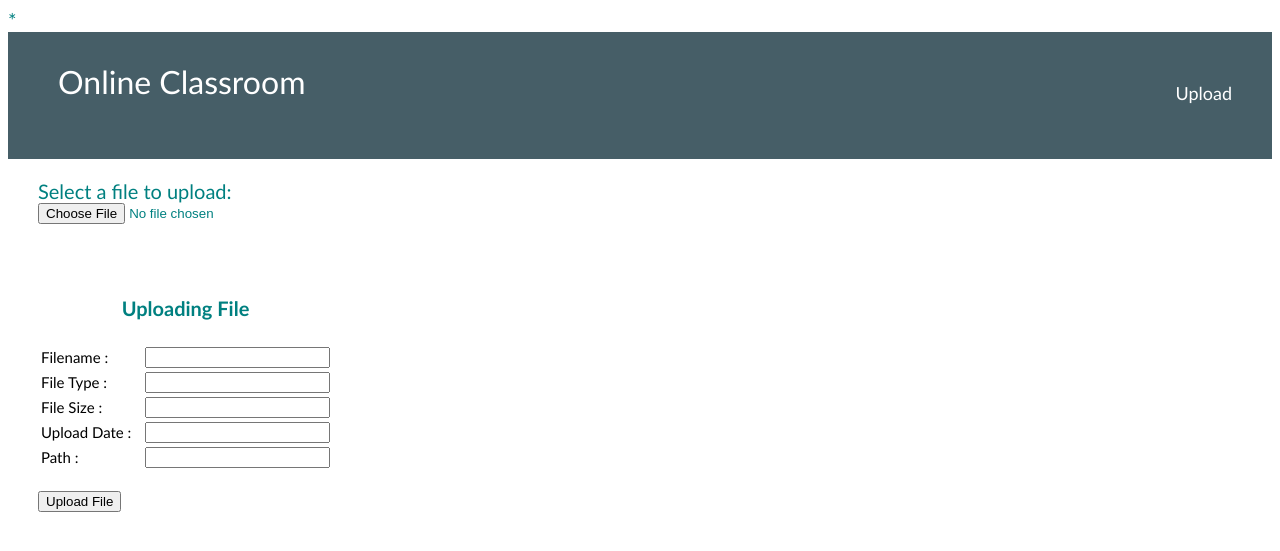
Repository: cs192-s2-2013/coffee
Page: http://localhost/BCOnlineClassroom/WEB-INF/jsp/upload.jsp
An editor plug-in stored every save of this project. The page is shown before and after the next save, followed by the edit.
The browser window is 1280 px wide. The pictures show the whole page.
The page is served by Tomcat 9. Nobody is signed in. Other server files are loaded and not shown. The template is opened directly, without the code that normally fills it, so the values that code supplies are empty.

Above is the page before, as saved 2014-03-01 04:03:38.

### BCOnlineClassroom/WebContent/WEB-INF/jsp/upload.jsp
<!--  Edit starts here -->
<%@ taglib uri="http://www.springframework.org/tags/form" prefix="form"%> *
<!--  Edit ends here -->

<%@ taglib uri="http://java.sun.com/jsp/jstl/core" prefix="c" %>
<%@ page session="false" %>

<html>
<head>
<meta http-equiv="Content-Type" content="text/html; charset=UTF-8">
<title>Upload</title>

<!--  Edit starts here -->
<style>
body {
	font-size: 20px;
	color: teal;
	font-family: Calibri;
}

td {
	font-size: 15px;
	color: black;
	width: 100px;
	height: 22px;
	text-align: left;
}

.heading {
	font-size: 18px;
	color: white;
	font: bold;
	background-color: orange;
	border: thick;
}
</style>
<!--  Edit ends here -->

</head>
<body>
<div id="titlebox" style="background-color:#465e67; height:18%; margin-top:none;">
<div id="title" style="margin-top:30px; margin-left:50px; float:left;"><font size="6px" color="white">Online Classroom</font></div>

<div id="menu" style="margin-top:50px; margin-right:40px; float:right; ">
<font color="white"; size ="4px">Upload</font>
</div>
</div>
<div style="margin-top:20px; margin-left:30px; float:left;">
Select a file to upload: <br />
<form action="fileUploaded" method="post" modelAttribute="matFile"
                        enctype="multipart/form-data">
<input type="file" name="file" size="50" />
<br />




<!--  Edit starts here -->
	<center>
		<br /> <br /> <br /> <b>Uploading File </b> <br />
		<br />
		<div>
			<form:form>
				<table>
					<tr>
						<td>Filename :</td>
						<td><form:input path="fileName" /></td>
					</tr>
					<tr>
						<td>File Type :</td>
						<td><form:input path="fileType" /></td>
					</tr>
					<tr>
						<td>File Size :</td>
						<td><form:input path="fileSize" /></td>
					</tr>
					<tr>
						<td>Upload Date :</td>
						<td><form:input path="uploadDate" /></td>
					</tr>
					<tr>
						<td>Path :</td>
						<td><form:input path="path" /></td>
					</tr>
				</table>
			</form:form>
		</div>
	</center>
<!-- Edit ends here -->

<input type="submit" value="Upload File" />
</form>
</div>



</body>
</html>

After the next save:
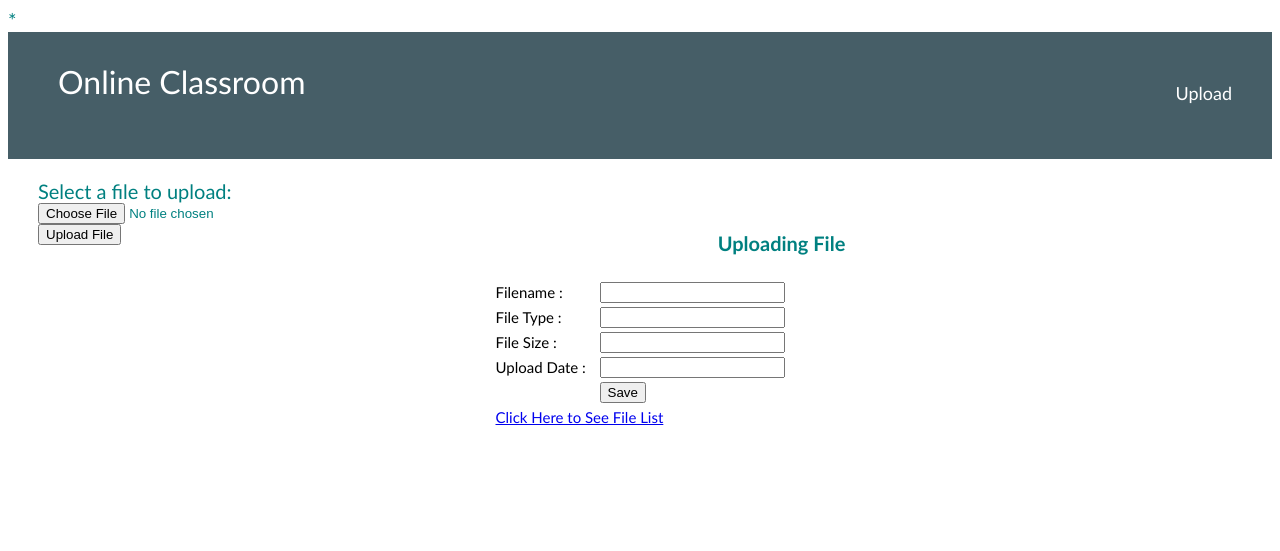
Saved 2 min 18 s later.
--- a/BCOnlineClassroom/WebContent/WEB-INF/jsp/upload.jsp
+++ b/BCOnlineClassroom/WebContent/WEB-INF/jsp/upload.jsp
@@ -47,20 +47,20 @@ td {
 </div>
 <div style="margin-top:20px; margin-left:30px; float:left;">
 Select a file to upload: <br />
-<form action="fileUploaded" method="post" modelAttribute="matFile"
+<form action="fileUploaded" method="post"
                         enctype="multipart/form-data">
 <input type="file" name="file" size="50" />
 <br />
-
-
-
+<input type="submit" value="Upload File" />
+</form>
+</div>
 
 <!--  Edit starts here -->
 	<center>
 		<br /> <br /> <br /> <b>Uploading File </b> <br />
 		<br />
 		<div>
-			<form:form>
+			<form:form method="post" action="/insert" modelAttribute="matFile">
 				<table>
 					<tr>
 						<td>Filename :</td>
@@ -79,8 +79,12 @@ Select a file to upload: <br />
 						<td><form:input path="uploadDate" /></td>
 					</tr>
 					<tr>
-						<td>Path :</td>
-						<td><form:input path="path" /></td>
+						<td>&nbsp;</td>
+						<td><input type="submit" value="Save" /></td>
+					</tr>
+					<tr>
+
+						<td colspan="2"><a href="getList">Click Here to See File List</a></td>
 					</tr>
 				</table>
 			</form:form>
@@ -88,11 +92,5 @@ Select a file to upload: <br />
 	</center>
 <!-- Edit ends here -->
 
-<input type="submit" value="Upload File" />
-</form>
-</div>
-
-
-
 </body>
 </html>
